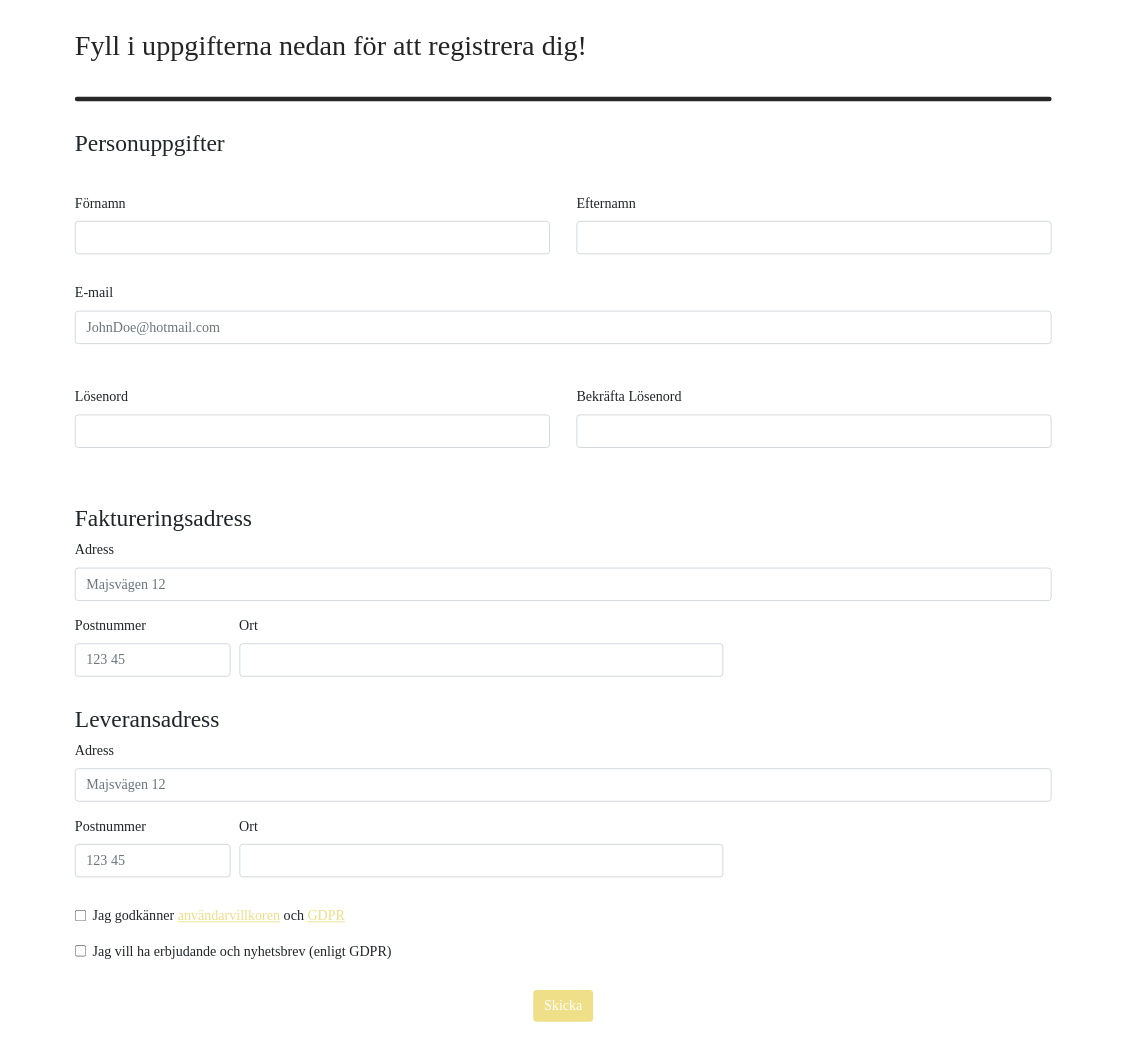
Repository: skepp4rn/Liamsuppgift3
Page: index.html
The author's editor kept a copy of each file at every save. The page is drawn from the files as they stood at one save, then again after the next save.
The browser window is 1280 px wide. The pictures show the whole page, at 88% of full size.
Some web libraries are served in a nearby version.

Above is the page before, as saved 2020-12-06 13:34:02.
Console error (its wording comes from the project's code and is left out).

After the next save:
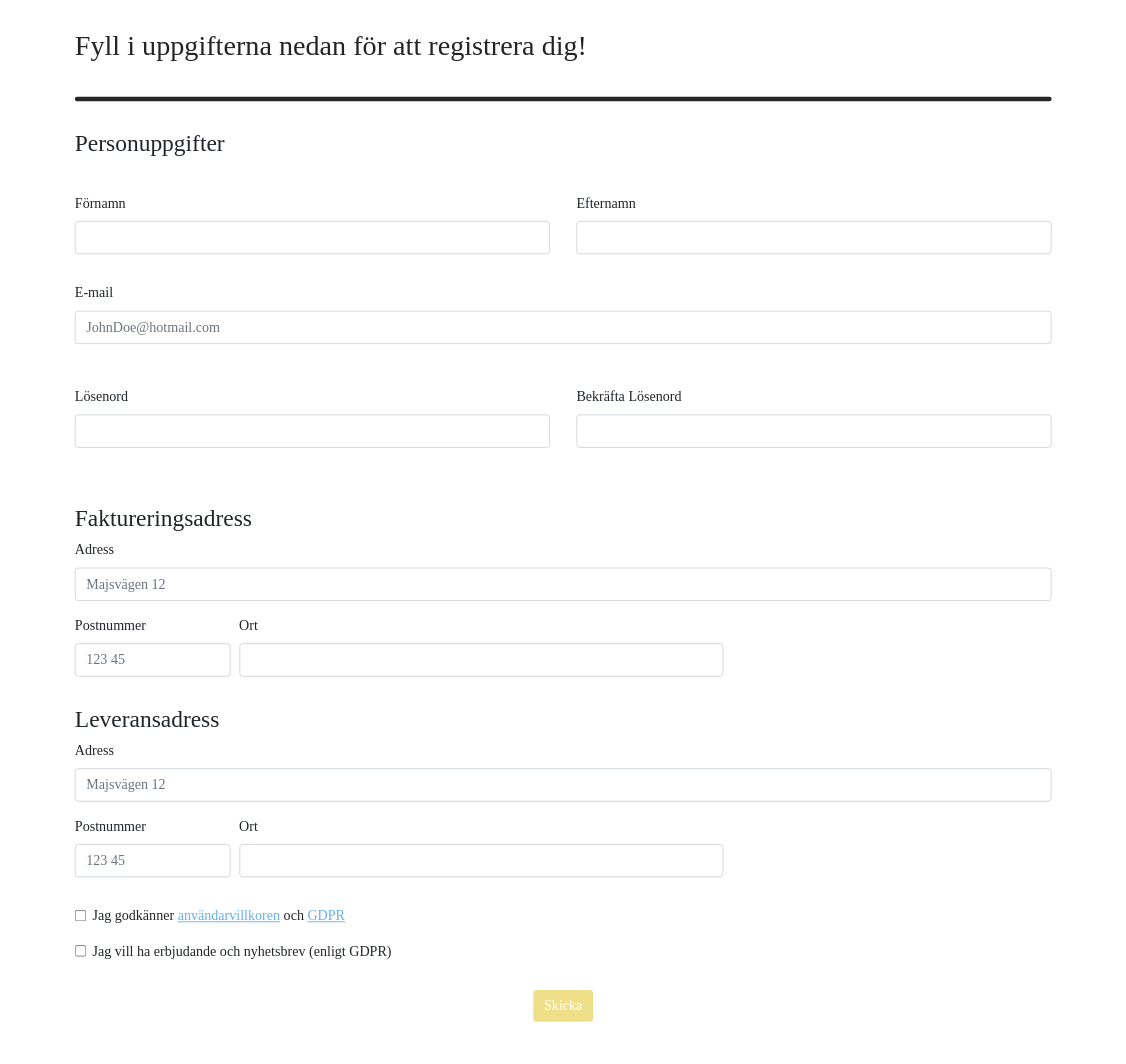
Saved 21 s later.
--- a/css/style.css
+++ b/css/style.css
@@ -22,7 +22,7 @@ h3{font-size:20pt}.container{width:95vw;margin:auto}
 .colorbutton{background-color:#eedf88;border:none}
 .line1{height:5px; border-radius: 6rem; background-color:#272727;margin-bottom:2rem}
 .bottom{margin-bottom:2rem}
-.linktext{color:#eedf88;text-decoration:underline}
+.linktext{color:#67b0ec;text-decoration:underline}
 .thanks{border:2px solid #eedf88;border-radius:10px;display:grid;grid-template-columns:1fr;grid-template-rows:3fr 1fr;justify-items:center;margin-top:8rem}
 .thankyou{text-align:center;padding:2rem}
 .closepage{background-color:#eedf88;border-radius:8px;text-align:center;width:40vw;height:7vw}
